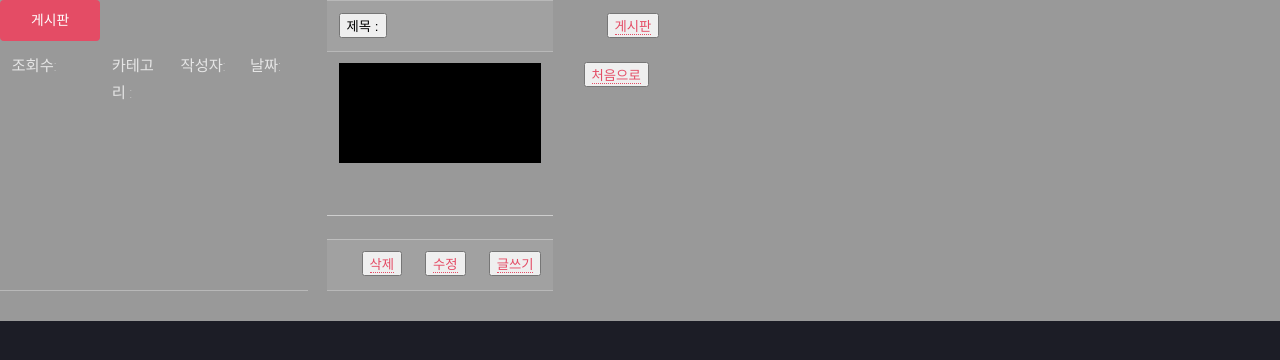
Repository: worMholEamkim/SpringEX
Page: http://localhost/bbs/bbsview.do
The author's editor kept a copy of each file at every save. The page is drawn from the files as they stood at one save, then again after a run of saves.
The browser window is 1280 px wide. The pictures show the whole page.
The page is served by Tomcat 9. Other server files are loaded and not shown. Queries for data that is not in the repository find no rows.

Above is the page before, as saved 2019-03-15 07:06:03.

### JSP_WepPage_Server-master.zip_expanded/JSP_WepPage_Server-master/bbs/WebContent/WEB-INF/bbsview.jsp
<%@ page language="java" contentType="text/html; charset=UTF-8"
	pageEncoding="UTF-8"%>
<%@ taglib prefix="c" uri="http://java.sun.com/jsp/jstl/core"%>

<!DOCTYPE html>
<html lang="en">
<head>
<title>게시판 볼거야 야무지게</title>
<meta charset="utf-8">
		<meta charset="utf-8" />
		<meta name="viewport" content="width=device-width, initial-scale=1, user-scalable=no" />
		<link rel="stylesheet" href="assets/css/main.css" />
</head>
<body style="background-color:#999999;">
	<%
		String sessionID = null;
		if (session.getAttribute("sessionID") != null) {
			sessionID = (String) session.getAttribute("sessionID");
		}
	%>
	<div class="table-wrapper">

		<div class="w3-panel">
			<table class="row gtr-uniform gtr-50">
				<thead>
					<tr>
						<th class="button primary fit">게시판</th>
					</tr>
					<tr>
						<td width=25%>조회수: ${bbsview.bbsHit}</td>
						<td width=25%>카테고리	: ${bbsview.bbsCategory}</td>
						<td width=25%>작성자: ${bbsview.id}</td>
						<td width=25%>날짜: ${bbsview.bbsDate}</td>
					</tr>
				</thead>
				<tbody>
					<tr>
						<td colspan="4">
							<button class="w3-button w3-block w3-button w3-black">제목
								: ${bbsview.bbsTitle}</button>
						</td>
					</tr>

					<tr>
						<td colspan="4">
							<div class="w3-panel">
								<p style="background-color: black; color: white; font-size: 20px; line-height:2; padding: 50px 50px;">
									${bbsview.bbsContent}</p>
							</div>
						</td>
					</tr>
					<tr>
					</tr>
					<tr>
						<td colspan="4">
							<div class="w3-panel">
								<c:forEach var="item" items="${files}" >
									<a href="bbsFile.do?id=${item.fileId}" target="_blank">${item.orgn_File_Nm}
									</a>
								</c:forEach>
							</div>
						</td>
					</tr>

					<tr>
						<td></td>
						<c:choose>
							<c:when test="${bbsview.id ==sessionID}">
								<td>
									<button class="w3-button w3-block w3-button w3-red">

										<a href="bbsdelete.do?id=${bbsview.bbsId}">삭제</a>

									</button>
								</td>
								<td>
									<button class="w3-button w3-block w3-button w3-black">

										<a href="bbsupdate.do?id=${bbsview.bbsId}">수정</a>

									</button>
								</td>
							</c:when>
							<c:otherwise>
								<td>
									<button class="w3-button w3-block w3-button w3-red">
										삭제x</button>
								</td>
								<td>
									<button class="w3-button w3-block w3-button w3-black">
										수정x</button>
								</td>
							</c:otherwise>
						</c:choose>
						<td>
							<button class="w3-button w3-block w3-button w3-indigo">
								<a href='bbsupload2.do'>글쓰기</a>
							</button>
						</td>
					</tr>
				</tbody>
				<tfoot>
					<tr>
						<td>
						</td>

						<td colspan="2">
							<button class="w3-button w3-block w3-button w3-indigo">
								<a href='bbs.do'>게시판</a>
							</button>
						</td>

						<td>
						</td>
					</tr>

					<tr>
						<td colspan="4">
							<button class="w3-button w3-block w3-button w3-black">
								<a href='home.do'>처음으로</a>
							</button>
						</td>
					</tr>
					<tr>
						<td colspan="2"></td>
						<td colspan="2" align="right">
<!-- 							<div style="display: inline-block; width: 100%;"> -->
<!-- 								<form> -->
<!-- 									<input type="text" name="commentContent" -->
<!-- 										style="width: 90%; padding: 12px 20px; margin: 8px 0; box-sizing: border-box; border: 2px solid glay; outline: none;"> -->

<!-- 									<button type="submit" -->
<!-- 										class="w3-button w3-block w3-button w3-red" -->
<!-- 										style="width: 40%;"> -->
<%-- 										<a href='bbscomment.do?id=${bbsview.bbsId}'>댓글달기</a> --%>
<!-- 									</button> -->
<!-- 								</form> -->
<!-- 							</div> -->
						</td>
					</tr>
				</tfoot>
			</table>
		</div>
	</div>
</body>
</html>

### JSP_WepPage_Server-master.zip_expanded/JSP_WepPage_Server-master/bbs/src/com/jsp/controller/BbsViewController.java
package com.jsp.controller;

import java.io.IOException;
import java.util.List;

import javax.servlet.RequestDispatcher;
import javax.servlet.ServletException;
import javax.servlet.http.HttpServlet;
import javax.servlet.http.HttpServletRequest;
import javax.servlet.http.HttpServletResponse;

import com.jsp.dao.BbsDao;
import com.jsp.dao.BbsFileDao;
import com.jsp.dto.BbsDto;
import com.jsp.dto.BbsFileDto;

public class BbsViewController extends HttpServlet {

	@Override
	protected void doGet(HttpServletRequest req, HttpServletResponse resp) throws ServletException, IOException {
		process(req, resp);
	}

	@Override
	protected void doPost(HttpServletRequest req, HttpServletResponse resp) throws ServletException, IOException {
		process(req, resp);
	}

	private void process(HttpServletRequest req, HttpServletResponse resp) throws ServletException, IOException {

		// bbsview에서 id에 넘긴 글번호 수가 넘어옴
		String bbsId = req.getParameter("id");
		BbsDao bbsDao = BbsDao.getInstance();
		BbsDto bbsDto = new BbsDto();
		int result = bbsDao.hitUpdate(bbsId);
		bbsDto = bbsDao.selectById(bbsId);
		// bbsId 확인
		//System.out.println("컨트롤러에서 id =" + bbsId);
		// bbsDto 확인
		//System.out.println("컨트롤러에서 " + bbsDto.toString());
		req.setAttribute("bbsview", bbsDto);


		BbsFileDao bbsfDao = BbsFileDao.getInstance();
		List<BbsFileDto> files = bbsfDao.selectByBbsId(bbsId);
		//
		System.out.println("컨트롤러에서 files " + files);
		req.setAttribute("files", files);
		RequestDispatcher rd = req.getRequestDispatcher("/WEB-INF/bbsview.jsp");
		rd.forward(req, resp);
	}
}

### JSP_WepPage_Server-master.zip_expanded/JSP_WepPage_Server-master/bbs/src/com/jsp/dao/BbsDao.java
package com.jsp.dao;

import java.sql.Connection;
import java.sql.DriverManager;
import java.sql.PreparedStatement;
import java.sql.ResultSet;
import java.sql.SQLException;
import java.util.ArrayList;
import java.util.List;

import com.jsp.dto.BbsDto;

public class BbsDao {

	private static BbsDao bbsDao;
	private Connection conn;
	private PreparedStatement pstmt;
	private int result;
	private ResultSet rs;
	private List<BbsDto> bbsList;


	private BbsDao() {
	}



	public static synchronized BbsDao getInstance() {
		if(bbsDao == null) {
			bbsDao = new BbsDao();
	}
		return bbsDao;
	}
	public Connection getConnect() {
		String url = "jdbc:oracle:thin:@localhost:1521:xe";
		String id = "BIG";
		String pw ="1234";
		try {
			Class.forName("core.log.jdbc.driver.OracleDriver");
			conn = DriverManager.getConnection(url, id, pw);

		} catch(ClassNotFoundException e) {
			e.printStackTrace();
		} catch(SQLException e) {
			e.printStackTrace();
		}
		return conn;
	}

	public BbsDto selectById(String id) {

		// id 확인
		//System.out.println("dao에서 id = " + id);
		BbsDto bbsDto = new BbsDto();
		//System.out.println("왜");
		conn = this.getConnect();
		//System.out.println("에러가난거야 쉬뱌ㅠㅠ");

		StringBuffer query = new StringBuffer();
		query.append("SELECT *");
		query.append(" FROM BBS");
		query.append(" WHERE BBSID=? ");

		try {
			//System.out.println("양심적으로 try문은 들어가야지?");
			pstmt = conn.prepareStatement(query.toString());
			pstmt.setString(1, id);

			//System.out.println("설마 여긴가?");
			rs = pstmt.executeQuery();
			// rs 확인
			//System.out.println("dao에서 " + rs);
			while (rs.next()) {

				bbsDto.setId(rs.getString("ID"));
				bbsDto.setBbsId(rs.getString("BBSID"));
				bbsDto.setBbsTitle(rs.getString("BBSTITLE"));
				bbsDto.setBbsDate(rs.getString("BBSDATE"));
				bbsDto.setBbsCategory(rs.getString("BBSCATEGORY"));
				bbsDto.setBbsContent(rs.getString("BBSCONTENT"));
				bbsDto.setBbsHit(rs.getString("BBSHIT"));
				//System.out.println(bbsDto.toString());
			}
		} catch (SQLException e) {

		} finally {
			this.close(conn, pstmt, null);
		}
		return bbsDto;
	}


	public BbsDto selectBeforeById(String id) {

		BbsDto bbsDto = new BbsDto();
		conn = this.getConnect();
		StringBuffer query = new StringBuffer();

		query.append("SELECT * FROM BBS WHERE BBSID IN ");
		query.append(" ((SELECT MAX(BBSID) FROM BBS ");
		query.append(" WHERE BBSID < ? ))");
		try {
			pstmt = conn.prepareStatement(query.toString());
			pstmt.setString(1, id);
			rs = pstmt.executeQuery();

			while(rs.next()) {
				bbsDto.setId(rs.getString("ID"));
				bbsDto.setBbsId(rs.getString("BBSID"));
				bbsDto.setBbsTitle(rs.getString("BBSTITLE"));
				bbsDto.setBbsDate(rs.getString("BBSDATE"));
				bbsDto.setBbsCategory(rs.getString("BBSCATEGORY"));
				bbsDto.setBbsContent(rs.getString("BBSCONTENT"));
				bbsDto.setBbsHit(rs.getString("BBSHIT"));
			}
		} catch (SQLException e) {

		} finally {
			this.close(conn, pstmt, null);
		}
		return bbsDto;
	}


	public BbsDto selectAfterById(String id) {

		BbsDto	bbsDto = new BbsDto();
		conn = this.getConnect();
		StringBuffer query = new StringBuffer();

		query.append("SELECT * FROM BBS WHERE BBSID IN ");
		query.append(" ((SELECT MIN(BBSID) FROM BBS ");
		query.append(" WHERE BBSID > ? )) ");
		try {
			pstmt = conn.prepareStatement(query.toString());
			pstmt.setString(1, id);
			rs = pstmt.executeQuery();

			while(rs.next()) {
				bbsDto.setId(rs.getString("ID"));
				bbsDto.setBbsId(rs.getString("BBSID"));
				bbsDto.setBbsTitle(rs.getString("BBSTITLE"));
				bbsDto.setBbsDate(rs.getString("BBSDATE"));
				bbsDto.setBbsCategory(rs.getString("BBSCATEGORY"));
				bbsDto.setBbsContent(rs.getString("BBSCONTENT"));
				bbsDto.setBbsHit(rs.getString("BBSHIT"));
			}
		} catch (SQLException e) {

		} finally {
			this.close(conn, pstmt, null);
		}
		return bbsDto;
	}


	public int hitUpdate(String id) {

		conn = this.getConnect();
		StringBuffer query = new StringBuffer();
		query.append("UPDATE BBS SET BBSHIT = BBSHIT +1 WHERE BBSID=?");
			try {
				pstmt = conn.prepareStatement(query.toString());
				pstmt.setString(1, id);
				result = pstmt.executeUpdate();
			} catch(SQLException e1) {
	}
			finally {
				this.close(conn, pstmt, null);
			}
			return result;
	}

	public int hitUpdate(Connection conn, String id) {

			conn = this.getConnect();
			StringBuffer query = new StringBuffer();
			query.append("UPDATE BBS SET BBSHIT = BBSHIT +1 WHERE BBSID=?");
				try {
					pstmt = conn.prepareStatement(query.toString());
					pstmt.setString(1, id);
					result = pstmt.executeUpdate();
				} catch(SQLException e1) {
		}
				finally {
					this.close(conn, pstmt, null);
				}
				return result;
		}



	public int update(BbsDto bbsDto) {

		conn = this.getConnect();
		StringBuffer query = new StringBuffer();
		query.append("UPDATE BBS SET ");
		query.append(" BBTITLE=?, BBSCATEGORY=?, BBSCONTENT=?");
		query.append(" WHERE BBSID=?");
			try {
				pstmt = conn.prepareStatement(query.toString());
				pstmt.setString(1, bbsDto.getBbsTitle());
				pstmt.setString(2, bbsDto.getBbsCategory());
				pstmt.setString(3, bbsDto.getBbsContent());
				pstmt.setString(4, bbsDto.getBbsId());

				result = pstmt.executeUpdate();
			} catch (SQLException e1) {

			} finally {
				this.close(conn, pstmt, null);
			}
			return result;
	}


	public int insert(BbsDto bbsDto) {

		conn = this.getConnect();
		StringBuffer query = new StringBuffer();
		query.append("INSERT INTO BBS(BBSID, ID, BBSTITLE, BBSDATE, BBSCATEGORY, BBSCONTENT, BBSHIT)");
		query.append(" VALUES (bbs_seq.nextval ,? ,? ,sysdate,? ,? ,0 )");

		try {
			pstmt = conn.prepareStatement(query.toString());
			pstmt.setString(1, bbsDto.getId());
			pstmt.setString(2, bbsDto.getBbsTitle());
			pstmt.setString(3, bbsDto.getBbsCategory());
			pstmt.setString(4, bbsDto.getBbsContent());

			result = pstmt.executeUpdate();

		} catch (SQLException e) {
			e.printStackTrace();
		} finally {
			this.close(conn, pstmt, null);
		}
		return result;
	}


	public int insertOracle(BbsDto bbsDto) {

		conn = this.getConnect();
		StringBuffer query = new StringBuffer();
		query.append("INSERT INTO BBS(BBSID, ID, BBSTITLE, BBSDATE, BBSCATEGORY, BBSCONTENT, BBSHIT)");
		query.append(" VALUES(BBS_SEQ.BEXTVAL, ? ,? ,NOW(), ?, ?, 0 )");

		try {
			pstmt = conn.prepareStatement(query.toString());
			pstmt.setString(1,  bbsDto.getId());
			pstmt.setString(2,  bbsDto.getBbsTitle());
			pstmt.setString(3,  bbsDto.getBbsCategory());
			pstmt.setString(4,  bbsDto.getBbsContent());

			result = pstmt.executeUpdate();
		} catch (SQLException e) {
			e.printStackTrace();
		} finally {
			this.close(conn, pstmt, null);
		}
		return result;
	}


	public List<BbsDto> selectAll(int startNum, int perpage) {
		bbsList = new ArrayList<>();
		conn = this.getConnect();
		StringBuffer query = new StringBuffer();
		query.append("SELECT T2.*");
		query.append("	FROM (SELECT ROWNUM R2, T.*");
		query.append("	FROM (SELECT BBSID, ID, substr(BBSTITLE, 1, 10) BBSTITLE, BBSDATE,");
		query.append("BBSCATEGORY, substr(BBSCONTENT, 1, 15) BBSCONTENT, BBSHIT ");
		query.append(" FROM BBS ORDER BY BBSID DESC ) T) T2 ");
		query.append("WHERE T2.R2 BETWEEN ? AND ?");

		try {
			pstmt = conn.prepareStatement(query.toString());
			pstmt.setInt(1, startNum - 1);
			pstmt.setInt(2, perpage);


			rs = pstmt.executeQuery();
			while (rs.next()) {
				BbsDto bbsDto = new BbsDto();

				bbsDto.setId(rs.getString("ID"));
				bbsDto.setBbsId(rs.getString("BBSID"));
				bbsDto.setBbsTitle(rs.getString("BBSTITLE"));
				bbsDto.setBbsDate(rs.getString("BBSDATE"));
				bbsDto.setBbsCategory(rs.getString("BBSCATEGORY"));
				bbsDto.setBbsContent(rs.getString("BBSCONTENT"));
				bbsDto.setBbsHit(rs.getString("BBSHIT"));

				bbsList.add(bbsDto);
			}
			} catch(SQLException e) {
				e.printStackTrace();
		}	return bbsList;
}


	public int delete(int id) {

		conn = this.getConnect();
		StringBuffer query = new StringBuffer();

		try {

			query.append("DELETE FROM BBS");
			query.append(" WHERE BBSID = ?");
			pstmt = conn.prepareStatement(query.toString());
			pstmt.setInt(1,  id);
			int result = pstmt.executeUpdate();

			return result;
		} catch (SQLException e) {
			e.printStackTrace();
		} finally {
			this.close(conn, pstmt, null);
		}
		return -1;
	}



	public int getTotalCount() {

		conn = this.getConnect();
		StringBuffer query = new StringBuffer();
		query.append("SELECT count(*)");
		query.append(" FROM BBS");

		try {
			pstmt = conn.prepareStatement(query.toString());
			rs = pstmt.executeQuery();

			if(rs.next()) {
				return rs.getInt("count(*)");
			}
		} catch (SQLException e) {
			e.printStackTrace();
		} finally {
			this.close(conn, pstmt, rs);
		}
		return -1;
	}


	public void close(Connection conn, PreparedStatement stmt, ResultSet rs) {
		if (rs != null) {
			try {
				rs.close();
			} catch (SQLException e) {
			}
		}
		if (stmt != null) {
			try {
				stmt.close();
			} catch (SQLException e) {
			}
		}
		if (conn != null) {
			try {
				conn.close();
			} catch (SQLException e) {
			}
		}
	}

	public static void main(String[] args) {
		BbsDao mDao = BbsDao.getInstance();
	}


}

### JSP_WepPage_Server-master.zip_expanded/JSP_WepPage_Server-master/bbs/src/com/jsp/dto/BbsDto.java
package com.jsp.dto;

public class BbsDto {

	private String id;
	private String bbsId;
	private String bbsTitle;
	private String bbsDate;
	private String bbsCategory;
	private String bbsContent;
	private String bbsHit;

	public String getId() {
		return id;
	}
	public void setId(String id) {
		this.id = id;
	}
	public String getBbsId() {
		return bbsId;
	}
	public void setBbsId(String bbsId) {
		this.bbsId = bbsId;
	}
	public String getBbsTitle() {
		return bbsTitle;
	}
	public void setBbsTitle(String bbsTitle) {
		this.bbsTitle = bbsTitle;
	}
	public String getBbsDate() {
		return bbsDate;
	}
	public void setBbsDate(String bbsDate) {
		this.bbsDate = bbsDate;
	}
	public String getBbsCategory() {
		return bbsCategory;
	}
	public void setBbsCategory(String bbsCategory) {
		this.bbsCategory = bbsCategory;
	}
	public String getBbsContent() {
		return bbsContent;
	}
	public void setBbsContent(String bbsContent) {
		this.bbsContent = bbsContent;
	}
	public String getBbsHit() {
		return bbsHit;
	}
	public void setBbsHit(String bbsHit) {
		this.bbsHit = bbsHit;
	}
	@Override
	public String toString() {
		return "BbsDto [id=" + id + ", bbsId=" + bbsId + ", bbsTitle=" + bbsTitle + ", bbsDate=" + bbsDate
				+ ", bbsCategory=" + bbsCategory + ", bbsContent=" + bbsContent + ", bbsHit=" + bbsHit + "]";
	}

}

### JSP_WepPage_Server-master.zip_expanded/JSP_WepPage_Server-master/bbs/src/com/jsp/dao/BbsFileDao.java
package com.jsp.dao;

import java.sql.Connection;
import java.sql.DriverManager;
import java.sql.PreparedStatement;
import java.sql.ResultSet;
import java.sql.SQLException;
import java.util.ArrayList;
import java.util.List;
import java.util.Map;

import com.jsp.dto.BbsFileDto;

public class BbsFileDao {

	private static BbsFileDao bbsfDao;
	private Connection conn;
	private PreparedStatement pstmt;
	private int result;
	private ResultSet rs;
	//Map<String, Object> map;
	private List<BbsFileDto> bbsfList;
	private ArrayList fileIdList;


	private BbsFileDao() {

	}

	public static synchronized BbsFileDao getInstance() {
		if(bbsfDao == null) {
			bbsfDao = new BbsFileDao();
		}
		return bbsfDao;
	}

	public Connection getConnect() {
		String url = "jdbc:oracle:thin:@localhost:1521:xe";
		String id = "BIG";
		String pw = "1234";
		try {
			Class.forName("core.log.jdbc.driver.OracleDriver");
			conn = DriverManager.getConnection(url, id, pw);
		} catch(ClassNotFoundException e) {
			e.printStackTrace();
		} catch(SQLException e) {
			e.printStackTrace();
		}
		return conn;
	}



	public List<BbsFileDto> selectByBbsId(String bbsid) {
		System.out.println("야 갓재?");
		conn = this.getConnect();

		StringBuffer query = new StringBuffer();
		query.append("SELECT *");
		query.append(" FROM BBS_FILE");
		query.append(" WHERE BBSID=?");
		System.out.println("쿼리확인");
		try {
			pstmt = conn.prepareStatement(query.toString());
			pstmt.setString(1, bbsid);
			rs = pstmt.executeQuery();
			bbsfList = new ArrayList<>();

			while (rs.next()) {
				BbsFileDto bbsfDto = new BbsFileDto();
				bbsfDto.setFileId(rs.getString("FILEID"));
				bbsfDto.setOrgn_File_Nm(rs.getString("ORGN_FILE_NM"));
				// bbsfDto 확인
				System.out.println("filedao에서 bbsfdto" + bbsfDto);
				bbsfList.add(bbsfDto);

			}

		} catch (SQLException e) {

		} finally {
			this.close(conn, pstmt, null);
		}
		return bbsfList;
	}

	public String selectById(String fileId) {

		String bbsFile="";
		conn = this.getConnect();
		StringBuffer query = new StringBuffer();
		query.append("SELECT SAVE_FILE_NM");
		query.append("	FROM BBS_FILE");
		query.append("	WHERE FILEID=?");
		try {
			pstmt = conn.prepareStatement(query.toString());
			pstmt.setString(1,  fileId);
			rs = pstmt.executeQuery();

			if(rs.next()) {
				bbsFile = rs.getString("SAVE_FILE_NM");
			}
		} catch (SQLException e) {

		} finally {
			this.close(conn, pstmt, null);
		}
		return bbsFile;
	}

	public int delete(int id) {

			conn = this.getConnect();
			StringBuffer query = new StringBuffer();

			try {

				query.append("DELETE FROM BBS_FILE");
				query.append("	WHERE BBSID = ?");
				pstmt = conn.prepareStatement(query.toString());
				pstmt.setInt(1, id);
				int result = pstmt.executeUpdate();
				return result;
			} catch (SQLException e) {
				e.printStackTrace();
			} finally {
				this.close(conn, pstmt, null);
			}
			return -1;
		}

	public void close(Connection conn, PreparedStatement stmt, ResultSet rs) {
		if (rs != null) {
			try {
				rs.close();
			} catch (SQLException e) {
			}
		}
		if (stmt != null) {
			try {
				stmt.close();
			} catch (SQLException e) {
			}
		}
		if (conn != null) {
			try {
				conn.close();
			} catch (SQLException e) {
			}
		}
	}



}

Loaded but not shown: JSP_WepPage_Server-master.zip_expanded/JSP_WepPage_Server-master/bbs/WebContent/assets/css/font-awesome.min.css (library); JSP_WepPage_Server-master.zip_expanded/JSP_WepPage_Server-master/bbs/WebContent/assets/css/main.css (4070 lines, source omitted)

After the next 2 saves:
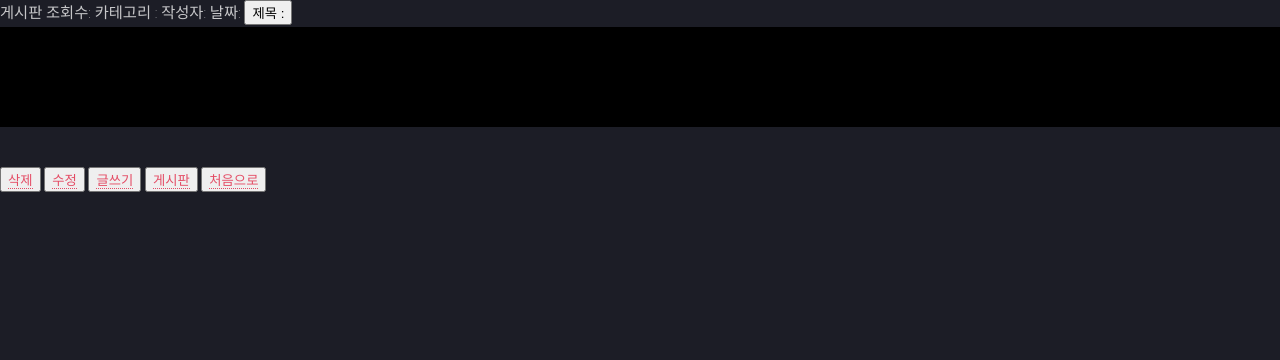
The 2 saves are shown as one change because they came seconds apart.
The last was saved 3 min 1 s later.
--- a/JSP_WepPage_Server-master.zip_expanded/JSP_WepPage_Server-master/bbs/WebContent/WEB-INF/bbsview.jsp
+++ b/JSP_WepPage_Server-master.zip_expanded/JSP_WepPage_Server-master/bbs/WebContent/WEB-INF/bbsview.jsp
@@ -11,7 +11,7 @@
 		<meta name="viewport" content="width=device-width, initial-scale=1, user-scalable=no" />
 		<link rel="stylesheet" href="assets/css/main.css" />
 </head>
-<body style="background-color:#999999;">
+<body class="is-preload">
 	<%
 		String sessionID = null;
 		if (session.getAttribute("sessionID") != null) {
@@ -21,7 +21,7 @@
 	<div class="table-wrapper">
 
 		<div class="w3-panel">
-			<table class="row gtr-uniform gtr-50">
+<!-- 			<table class="row gtr-uniform gtr-50"> -->
 				<thead>
 					<tr>
 						<th class="button primary fit">게시판</th>
